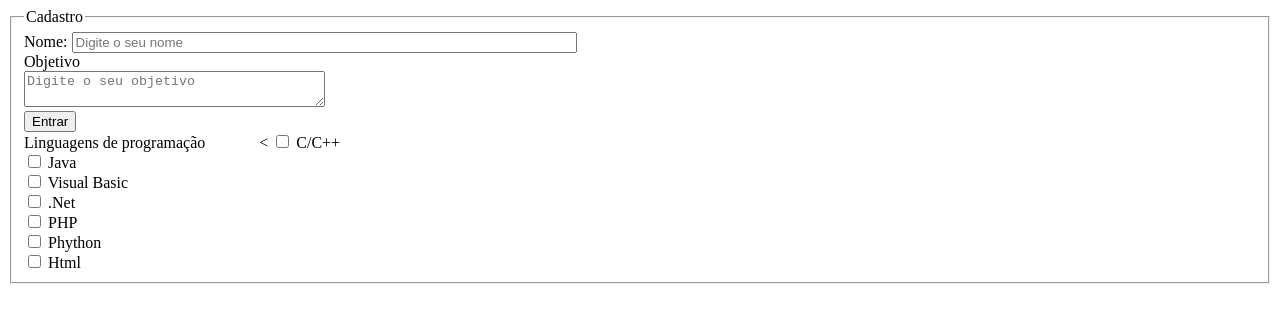
Repository: Lerif/WebServletLearning
Page: http://localhost/WebLearning/
These files come from the project's save history. The page is drawn as it stood at one moment and after the next save; the edit follows.
The browser window is 1280 px wide. The pictures show the whole page.
The page is served by Tomcat 9. Other server files are loaded and not shown.

Above is the page before, as saved 2016-10-26 13:06:26.

### WebServelets/WebLearning/WebContent/TryJSP.jsp
<%@ page language="java" contentType="text/html; charset=UTF-8"
    pageEncoding="UTF-8"%>
<!DOCTYPE html>
<html>
<head>
<meta http-equiv="Content-Type" content="text/html; charset=UTF-8">
<title>HelloWorld</title>
</head>
<body>
	<form name = "CadastroUsuario" id="CadastroId" method="post" action="ServeletTry">
		<fieldset>
			<legend>Cadastro</legend>
			Nome:
			<input type="text" 	name="name" size="60" placeholder="Digite o seu nome" required/>
			<br>
			Objetivo
			<br>
			<textarea name="objetivo" cols="35" rows="2" placeholder="Digite o seu objetivo" required></textarea>

			<br>
			<button onClick="entrar()" value="Submit form">Entrar</button>
			<br>

			Linguagens de programação <span style="padding-left:50px"><
			<input type="checkbox" id="formacao1" name="formacao1" value="0" /> C/C++ <br>
			<input type="checkbox" id="formacao2" name="formacao2" value="1" /> Java<br>
			<input type="checkbox" id="formacao3" name="formacao3" value="2" /> Visual Basic<br>
			<input type="checkbox" id="formacao4" name="formacao4" value="3" /> .Net<br>
			<input type="checkbox" id="formacao5" name="formacao5" value="4" /> PHP<br>
			<input type="checkbox" id="formacao6" name="formacao6" value="5" /> Phython<br>
			<input type="checkbox" id="formacao7" name="formacao7" value="6" /> Html<br>
		</fieldset>
	</form>
</body>

<script>
	function entrar(){
		document.getElementById("CadastroId").submit();
	}
</script>
</html>

After the next save:
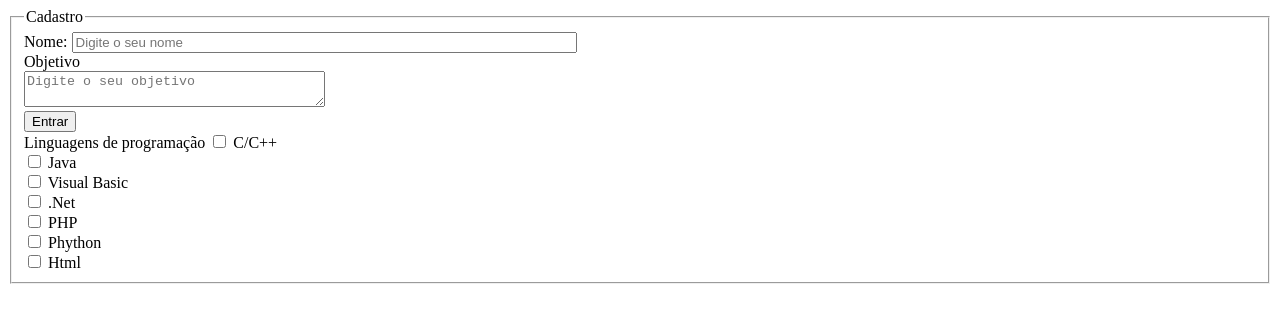
Saved 4 s later.
--- a/WebServelets/WebLearning/WebContent/TryJSP.jsp
+++ b/WebServelets/WebLearning/WebContent/TryJSP.jsp
@@ -21,7 +21,7 @@
 			<button onClick="entrar()" value="Submit form">Entrar</button>
 			<br>
 
-			Linguagens de programação <span style="padding-left:50px"><
+			Linguagens de programação
 			<input type="checkbox" id="formacao1" name="formacao1" value="0" /> C/C++ <br>
 			<input type="checkbox" id="formacao2" name="formacao2" value="1" /> Java<br>
 			<input type="checkbox" id="formacao3" name="formacao3" value="2" /> Visual Basic<br>
